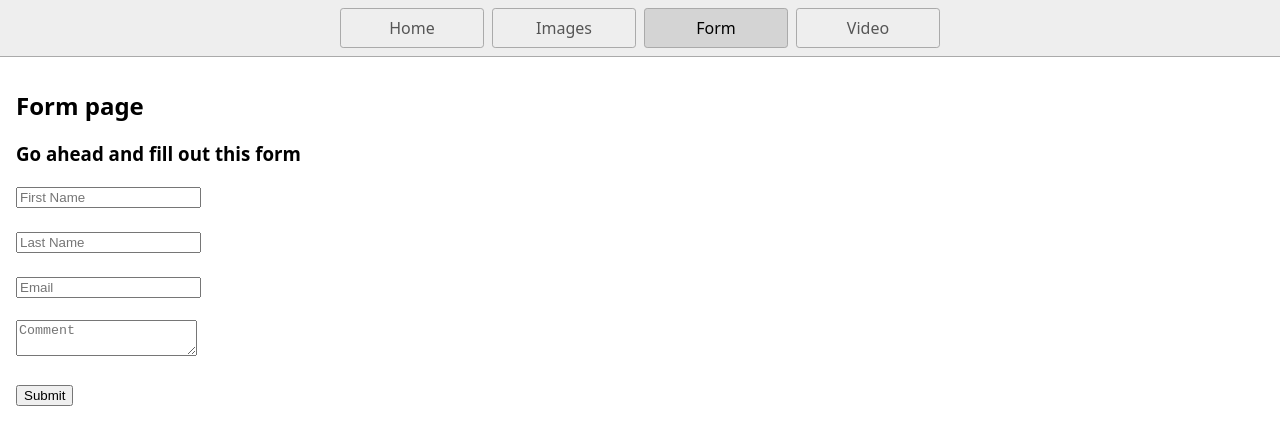
Repository: sebas6292/palmTree-Final
Page: Form.html
The author's editor kept a copy of each file at every save. The page is drawn from the files as they stood at one save, then again after the next save.
The browser window is 1280 px wide. The pictures show the whole page.

Above is the page before, as saved 2023-05-27 11:37:45.
Not found: script.js

### Form.html
<!DOCTYPE html>
<html lang="en">
  <head>
    <title>Home</title>
    <meta charset="UTF-8" />
    <meta name="viewport" content="width=device-width" />
    <!--
      Need a visual blank slate?
      Remove all code in `styles.css`!
    -->
    <link rel="stylesheet" href="styles.css" />
    <script type="module" src="script.js"></script>
  </head>
  <body>
    <nav>
      <a href="/Home.html">Home</a>
      <a href="/Images.html">Images</a>
      <a href="/Form.html" aria-current="page">Form</a>
      <a href="/Video.html">Video</a>
    </nav>
    <main>
      <h1>Form page</h1>
      <h3>Go ahead and fill out this form</h3>
      <form action="/Home.html" target="_blank">

        <input type="text" id="fname" name="fname" placeholder="First Name"><br>
        <br>
        <input type="text" id="lname" name="lname" placeholder="Last Name" ><br>
        <br>
        <input type="text" id="email" name="email" placeholder="Email"><br>
        <br>

        <textarea id="comment" placeholder='Comment' name="comment" ></textarea>
        <br>
        <br>

        <input type="submit" value="Submit">
      </form>
    </main>
  </body>
</html>

### styles.css
* {
    box-sizing: border-box;
  }

  body {
    margin: 0;
    font-family: system-ui, sans-serif;
    color: black;
    background-color: white;
  }

  nav {
    display: flex;
    flex-wrap: wrap;
    align-items: center;
    justify-content: center;
    padding: 0.5rem;
    gap: 0.5rem;
    border-bottom: solid 1px #aaa;
    background-color: #eee;
  }

  nav a {
    display: inline-block;
    min-width: 9rem;
    padding: 0.5rem;
    border-radius: 0.2rem;
    border: solid 1px #aaa;
    text-align: center;
    text-decoration: none;
    color: #555;
  }

  nav a[aria-current='page'] {
    color: #000;
    background-color: #d4d4d4;
  }

  main {
    padding: 1rem;
  }

  h1 {
    font-weight: bold;
    font-size: 1.5rem;
  }

After the next save:
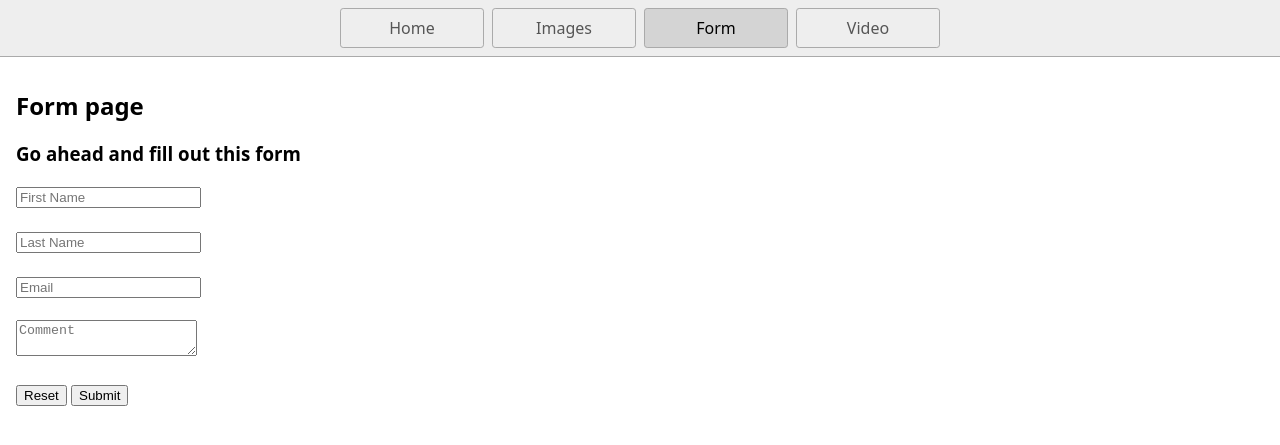
Saved 103 s later.
--- a/Form.html
+++ b/Form.html
@@ -33,7 +33,7 @@
         <textarea id="comment" placeholder='Comment' name="comment" ></textarea>
         <br>
         <br>
-
+        <input type="reset" value="Reset">
         <input type="submit" value="Submit">
       </form>
     </main>
